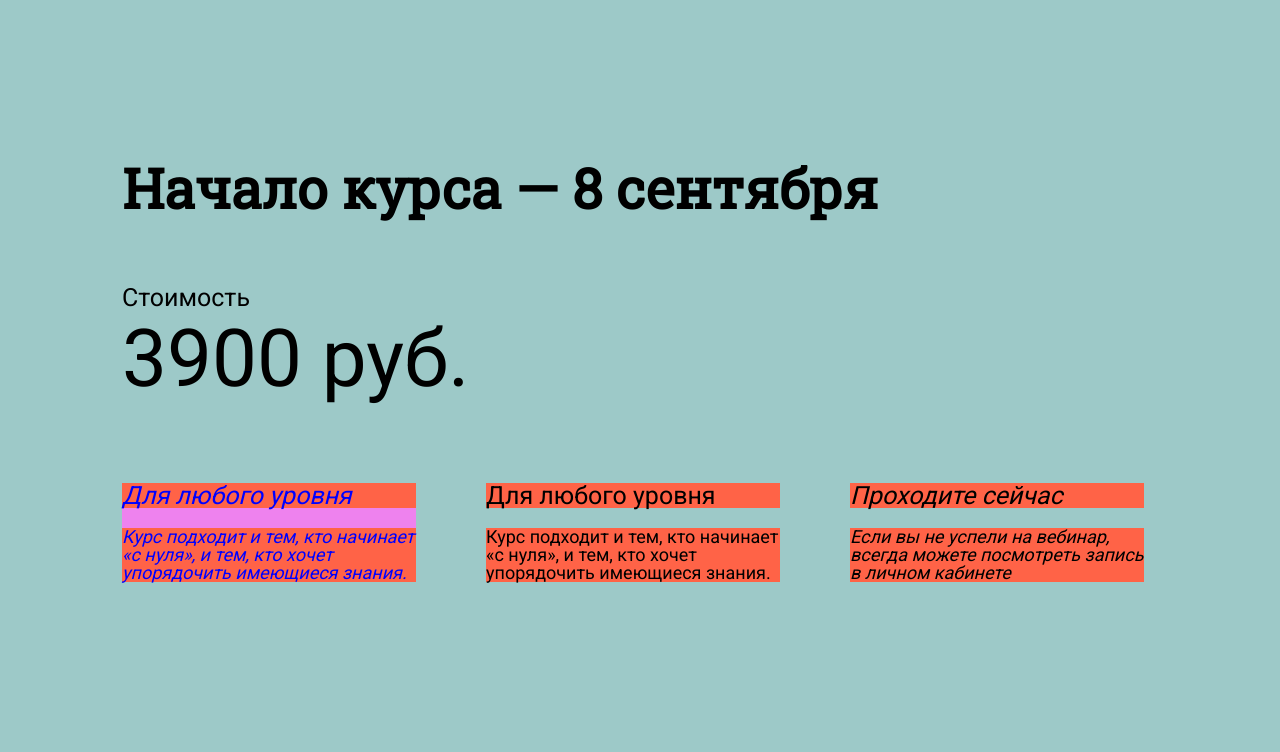
Repository: NatiqSamiyev/fiqma-task3
Page: index.html
The author's editor kept a copy of each file at every save. The page is drawn from the files as they stood at one save, then again after the next save.
The browser window is 1280 px wide. The pictures show the whole page.

Above is the page before, as saved 2023-08-09 13:41:48.

After the next save:
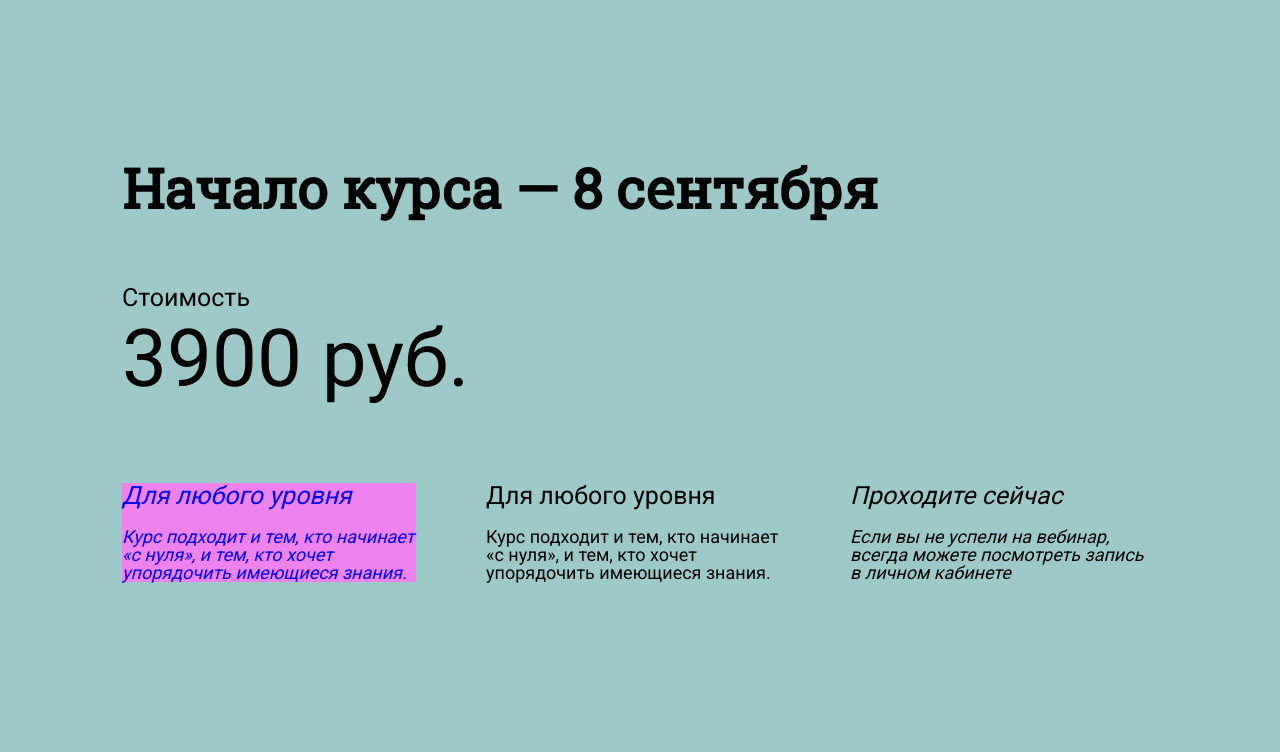
Saved 4 s later.
--- a/index.css
+++ b/index.css
@@ -91,6 +91,6 @@
 .list-2 .h-4{
 
 }
-h4,p{
+h4  .p{
   background-color: tomato;
 }

After the 5 saves that followed:
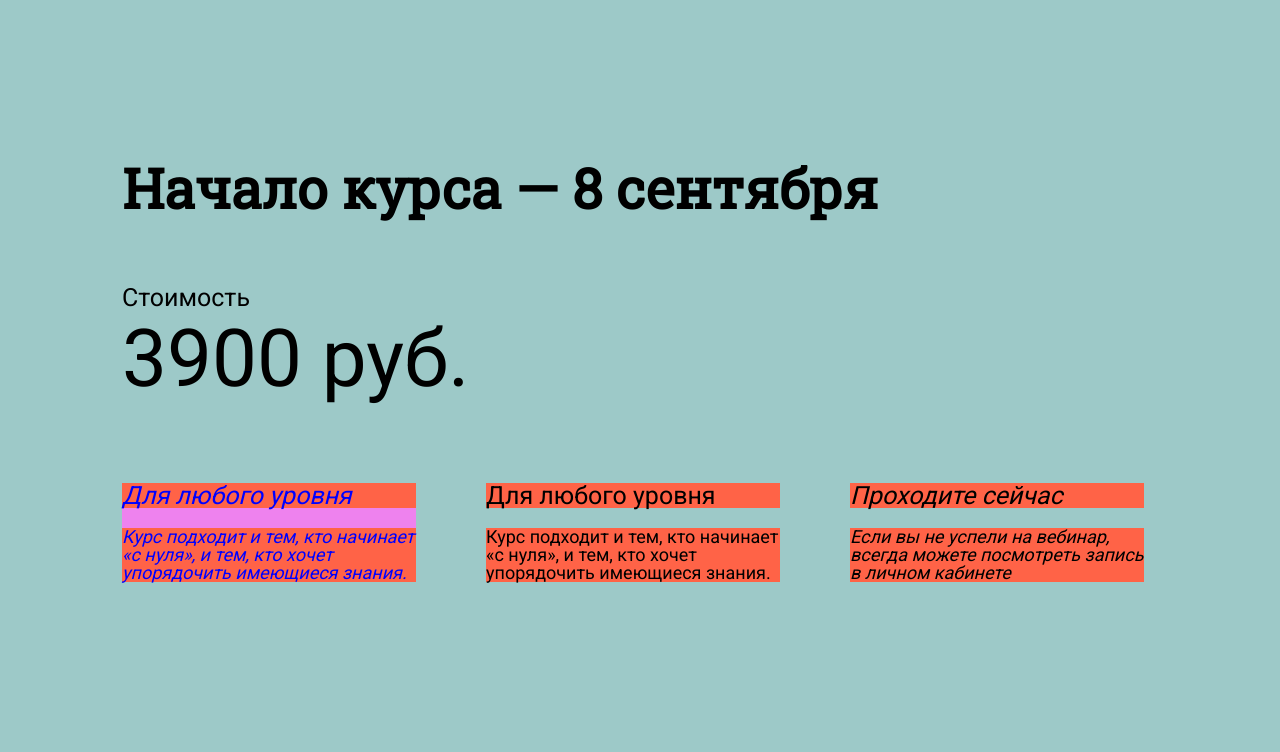
The 5 saves are shown as one change because 3 left the picture as it was and some came seconds apart.
The last was saved 30 s later.
--- a/index.html
+++ b/index.html
@@ -14,7 +14,7 @@
       <ul>
         <li class="list-2 blue-list italic">
           <h4 class="h-4">Для любого уровня</h4>
-          <p>
+          <p >
             Курс подходит и тем, кто начинает «с нуля», и тем, кто хочет
             упорядочить имеющиеся знания.
           </p>
--- a/index.css
+++ b/index.css
@@ -91,6 +91,6 @@
 .list-2 .h-4{
 
 }
-h4  .p{
+h4,p{
   background-color: tomato;
 }
